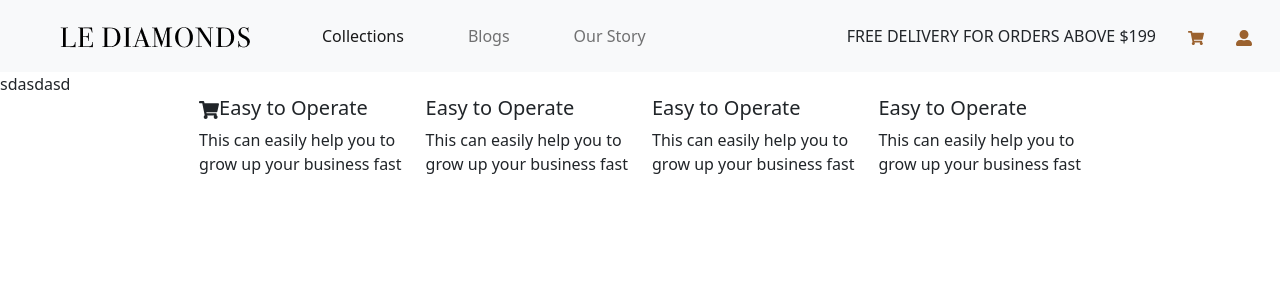
Repository: farrelmuhammad/lediamonds-vi8e
Page: /
The author's editor kept a copy of each file at every save. The page is drawn from the files as they stood at one save, then again after the next save.
The browser window is 1280 px wide. The pictures show the whole page.
The project was rebuilt for these pictures with package versions that can differ from the ones it lists, and the page was loaded fresh each time. Also part of the build but not shown: src/App.css.

Above is the page before, as saved 2022-09-17 11:16:23.

After the next save:
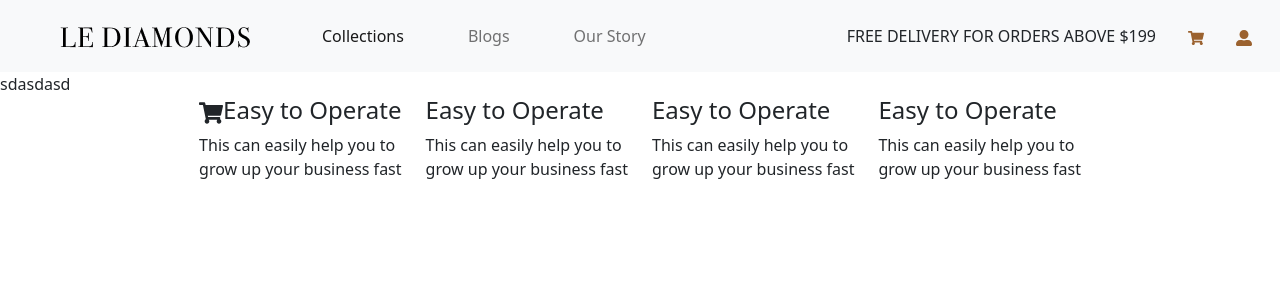
Saved 8 s later.
--- a/src/components/Content.jsx
+++ b/src/components/Content.jsx
@@ -7,7 +7,7 @@
       <div className="d-flex justify-content-center">
         <div className="row">
           <div className="col">
-            <h5 class="icon-title"><FaShoppingCart />Easy to Operate</h5>
+            <h4 class="icon-title"><FaShoppingCart />Easy to Operate</h4>
             <p class="icon-caption">
               This can easily help you to
               <br />
@@ -15,7 +15,7 @@
             </p>
           </div>
           <div className="col">
-            <h5 class="icon-title">Easy to Operate</h5>
+            <h4 class="icon-title">Easy to Operate</h4>
             <p class="icon-caption">
               This can easily help you to
               <br />
@@ -23,7 +23,7 @@
             </p>
           </div>
           <div className="col">
-            <h5 class="icon-title">Easy to Operate</h5>
+            <h4 class="icon-title">Easy to Operate</h4>
             <p class="icon-caption">
               This can easily help you to
               <br />
@@ -31,7 +31,7 @@
             </p>
           </div>
           <div className="col">
-            <h5 class="icon-title">Easy to Operate</h5>
+            <h4 class="icon-title">Easy to Operate</h4>
             <p class="icon-caption">
               This can easily help you to
               <br />

After the save that followed:
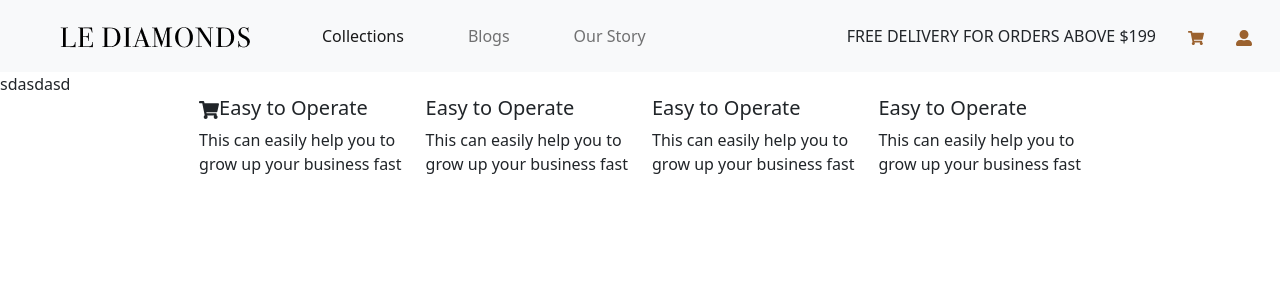
Saved 7 s later.
--- a/src/components/Content.jsx
+++ b/src/components/Content.jsx
@@ -7,7 +7,7 @@
       <div className="d-flex justify-content-center">
         <div className="row">
           <div className="col">
-            <h4 class="icon-title"><FaShoppingCart />Easy to Operate</h4>
+            <h5 class="icon-title"><FaShoppingCart />Easy to Operate</h5>
             <p class="icon-caption">
               This can easily help you to
               <br />
@@ -15,7 +15,7 @@
             </p>
           </div>
           <div className="col">
-            <h4 class="icon-title">Easy to Operate</h4>
+            <h5 class="icon-title">Easy to Operate</h5>
             <p class="icon-caption">
               This can easily help you to
               <br />
@@ -23,7 +23,7 @@
             </p>
           </div>
           <div className="col">
-            <h4 class="icon-title">Easy to Operate</h4>
+            <h5 class="icon-title">Easy to Operate</h5>
             <p class="icon-caption">
               This can easily help you to
               <br />
@@ -31,7 +31,7 @@
             </p>
           </div>
           <div className="col">
-            <h4 class="icon-title">Easy to Operate</h4>
+            <h5 class="icon-title">Easy to Operate</h5>
             <p class="icon-caption">
               This can easily help you to
               <br />
